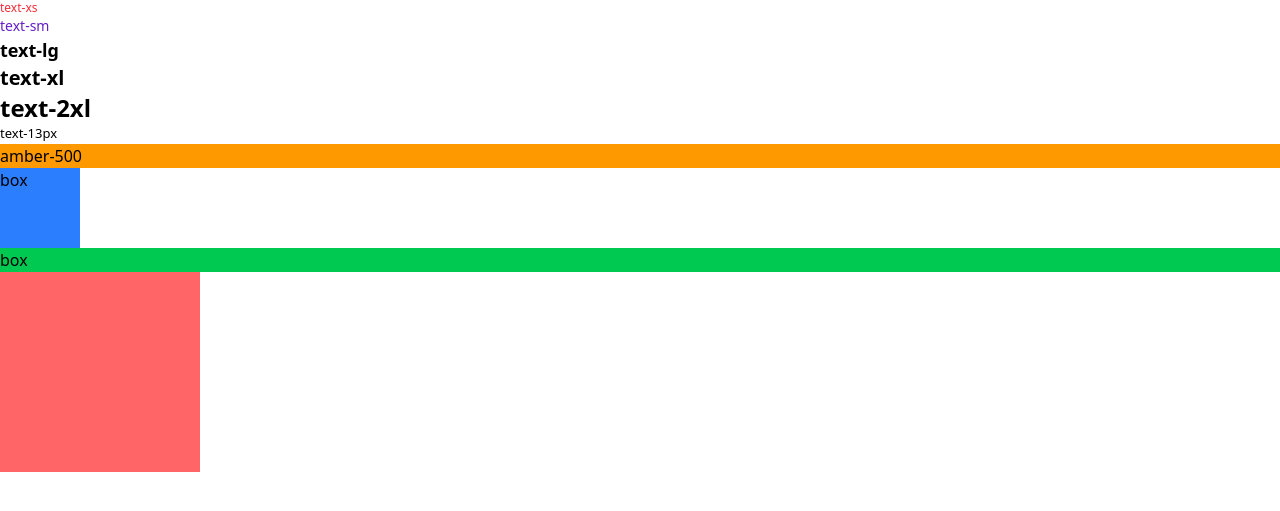
Repository: kkhhjjoo/onebite-tailwind
Page: /
The author's editor kept a copy of each file at every save. The page is drawn from the files as they stood at one save, then again after the next save.
The browser window is 1280 px wide. The pictures show the whole page.
The project was rebuilt for these pictures with package versions that can differ from the ones it lists, and the page was loaded fresh each time. Also part of the build but not shown: vite.config.ts, src/App.css.

Above is the page before, as saved 2025-12-24 19:46:09.

### src/main.tsx
import { createRoot } from 'react-dom/client'
import './index.css'
import App from './App.tsx'

createRoot(document.getElementById('root')!).render(<App />);

### src/App.tsx
import "./App.css";

function App() {
  return (
    <div>
      {/* 1. 타이포그래프 */}
      <div className="text-xs text-red-500">text-xs</div>
      <div className="text-sm text-[rgb(100,30,200)]">text-sm</div>
      <div className="text-lg font-bold">text-lg</div>
      <div className="text-xl font-extrabold">text-xl</div>
      <div className="text-2xl font-black">text-2xl</div>
      <div className="text-[13px]">text-13px</div>

      {/* 2. 백그라운드 컬러 */}
      <div className="bg-amber-500">amber-500</div>

      {/* 3. 사이즈 */}
      <div className="h-20 w-20 bg-blue-500">box</div>
      <div className="w-full bg-green-500">box</div>

      {/* 4. 여백 */}
      <div className="h-50 w-50 bg-red-400"></div>
    </div>
  );
}

export default App;

Loaded but not shown: index.html (common file); src/index.css (common file)

After the next save:
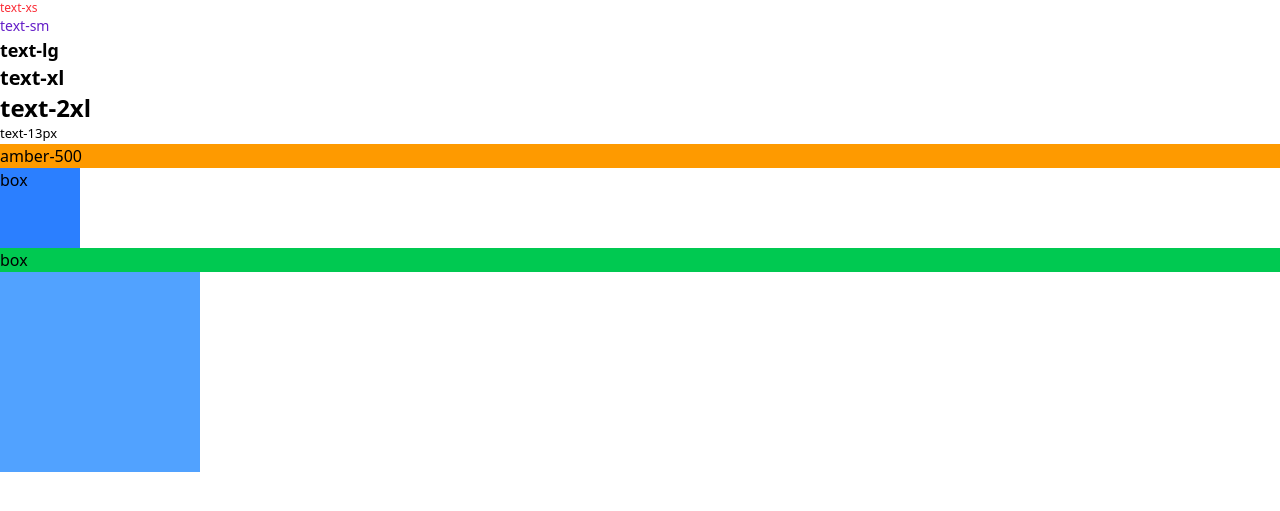
Saved 36 s later.
--- a/src/App.tsx
+++ b/src/App.tsx
@@ -19,7 +19,9 @@ function App() {
       <div className="w-full bg-green-500">box</div>
 
       {/* 4. 여백 */}
-      <div className="h-50 w-50 bg-red-400"></div>
+      <div className="h-50 w-50 bg-red-400">
+        <div className="h-full w-full bg-blue-400"></div>
+      </div>
     </div>
   );
 }
